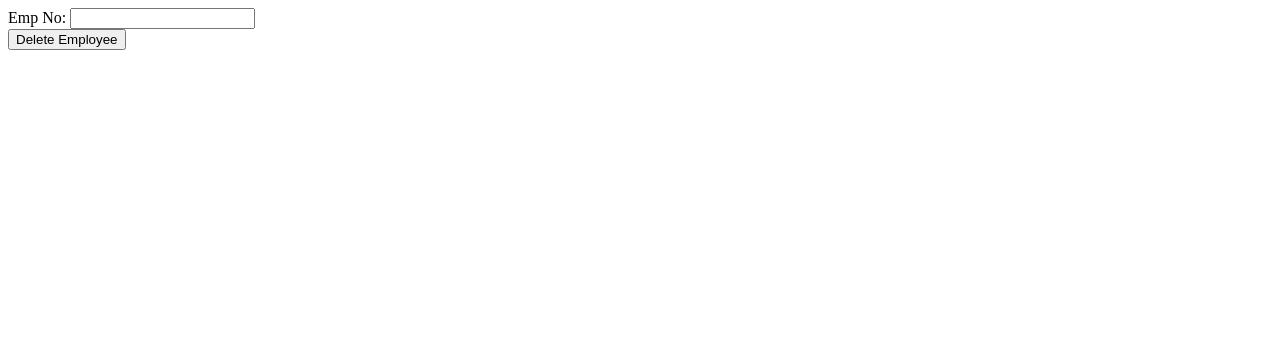
Repository: KUSUMA-74/Advance-JavaProject
Page: http://localhost/EmployeeWebApp/empdelete.jsp
An editor plug-in stored every save of this project. The page is shown before and after the next save, followed by the edit.
The browser window is 1280 px wide. The pictures show the whole page.
The page is served by Tomcat 9.

Above is the page before, as saved 2025-05-30 07:44:40.

After the next save:
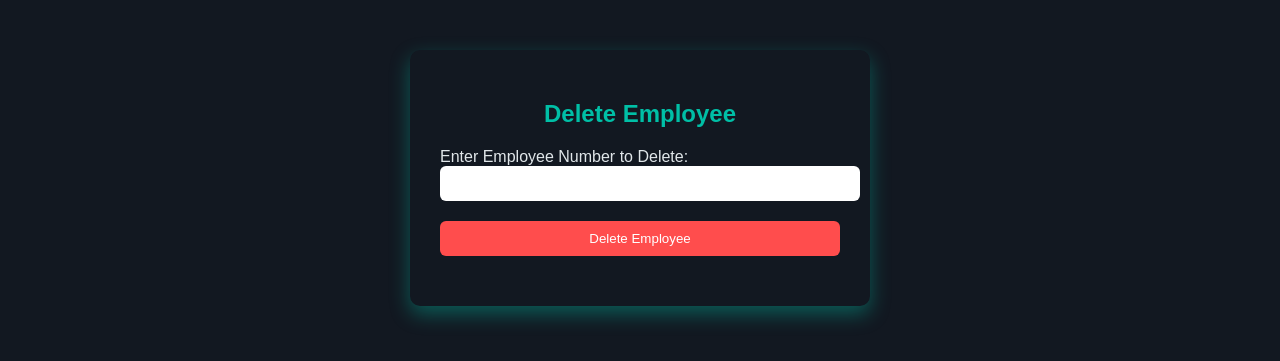
Saved 15 s later.
--- a/EmployeeWebApp/src/main/webapp/empdelete.jsp
+++ b/EmployeeWebApp/src/main/webapp/empdelete.jsp
@@ -1,4 +1,63 @@
-<form action="DeleteEmployeeServlet" method="post">
-    Emp No: <input name="empno" /><br/>
+<%@ page language="java" contentType="text/html; charset=UTF-8" pageEncoding="UTF-8"%>
+<!DOCTYPE html>
+<html>
+<head>
+  <meta charset="UTF-8">
+  <title>Delete Employee</title>
+  <style>
+    body {
+      font-family: Arial, sans-serif;
+      background: #121821;
+      color: #e0e6e9;
+      max-width: 400px;
+      margin: 50px auto;
+      padding: 30px;
+      border-radius: 10px;
+      box-shadow: 0 8px 20px rgba(0, 191, 166, 0.4);
+    }
+    h2 {
+      color: #00bfa6;
+      text-align: center;
+    }
+    form {
+      margin-top: 20px;
+    }
+    input[type="number"] {
+      width: 100%;
+      padding: 10px;
+      border-radius: 6px;
+      border: none;
+    }
+    input[type="submit"] {
+      margin-top: 20px;
+      width: 100%;
+      padding: 10px;
+      background: #ff4d4d;
+      color: white;
+      border: none;
+      border-radius: 6px;
+      cursor: pointer;
+    }
+    input[type="submit"]:hover {
+      background: #cc0000;
+    }
+    .msg {
+      color: yellow;
+      text-align: center;
+      margin-top: 20px;
+    }
+  </style>
+</head>
+<body>
+  <h2>Delete Employee</h2>
+  <form action="DeleteEmployeeServlet" method="post">
+    <label>Enter Employee Number to Delete:</label>
+    <input type="number" name="empno" required />
     <input type="submit" value="Delete Employee" />
-</form>
+  </form>
+
+  <div class="msg">
+    <%= request.getAttribute("message") != null ? request.getAttribute("message") : "" %>
+  </div>
+</body>
+</html>
